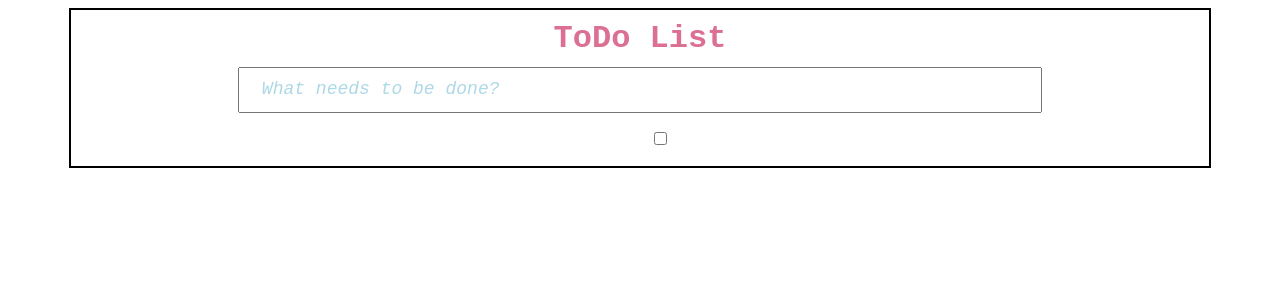
Repository: litalsh/To-Do-List
Page: index.html
The author's editor kept a copy of each file at every save. The page is drawn from the files as they stood at one save, then again after the next save.
The browser window is 1280 px wide. The pictures show the whole page.

Above is the page before, as saved 2019-10-23 19:03:33.

### index.html
<!DOCTYPE html>
<html lang="en">

<head>
    <meta charset="UTF-8">
    <meta name="viewport" content="width=device-width, initial-scale=1.0">
    <meta http-equiv="X-UA-Compatible" content="ie=edge">
    <link rel="stylesheet" href="style.css">
    <title>ToDo List</title>
</head>

<body>
    <div class="container">
        <header>
            <h1>ToDo List</h1>
            <input type="text" class="todo_input" placeholder="What needs to be done?">
        </header>
        <ul class="todo_list">
            <li>
                <div class="todo_item">
                    <input type="checkbox" class="checked">
                    <label></label>
                    <div class="remove"></div>
                </div>
            </li>
        </ul>
    </div>


    <script src="script.js"></script>
</body>

</html>

### style.css
body{
    font-family: 'Courier New', Courier, monospace;
  }

  .container{
    width: 90%;
    margin: 0 auto;
    border: 2px solid black;
    text-align: center;
  }

  header > h1{
    color: palevioletred;
    margin: 10px auto;
  }

  .todo_input{
    width: 70%;
    line-height: 40px;
    text-indent: 20px;
  }

  .todo_input::placeholder{
    font-style: italic;
    font-size: 18px;
    color: lightblue;
    font-family: 'Courier New', Courier, monospace;

  }

  .todo_list{
    list-style: none;
  }

Loaded but not shown: script.js (no stored copy; drawn as an empty file)

After the next save:
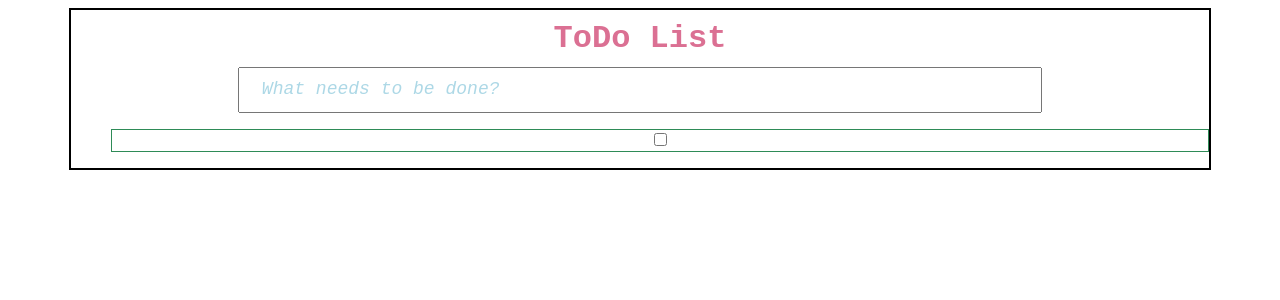
Saved 98 s later.
--- a/style.css
+++ b/style.css
@@ -31,3 +31,7 @@ body{
   .todo_list{
     list-style: none;
   }
+
+  .todo_item{
+      border: 1px solid seagreen;
+  }
